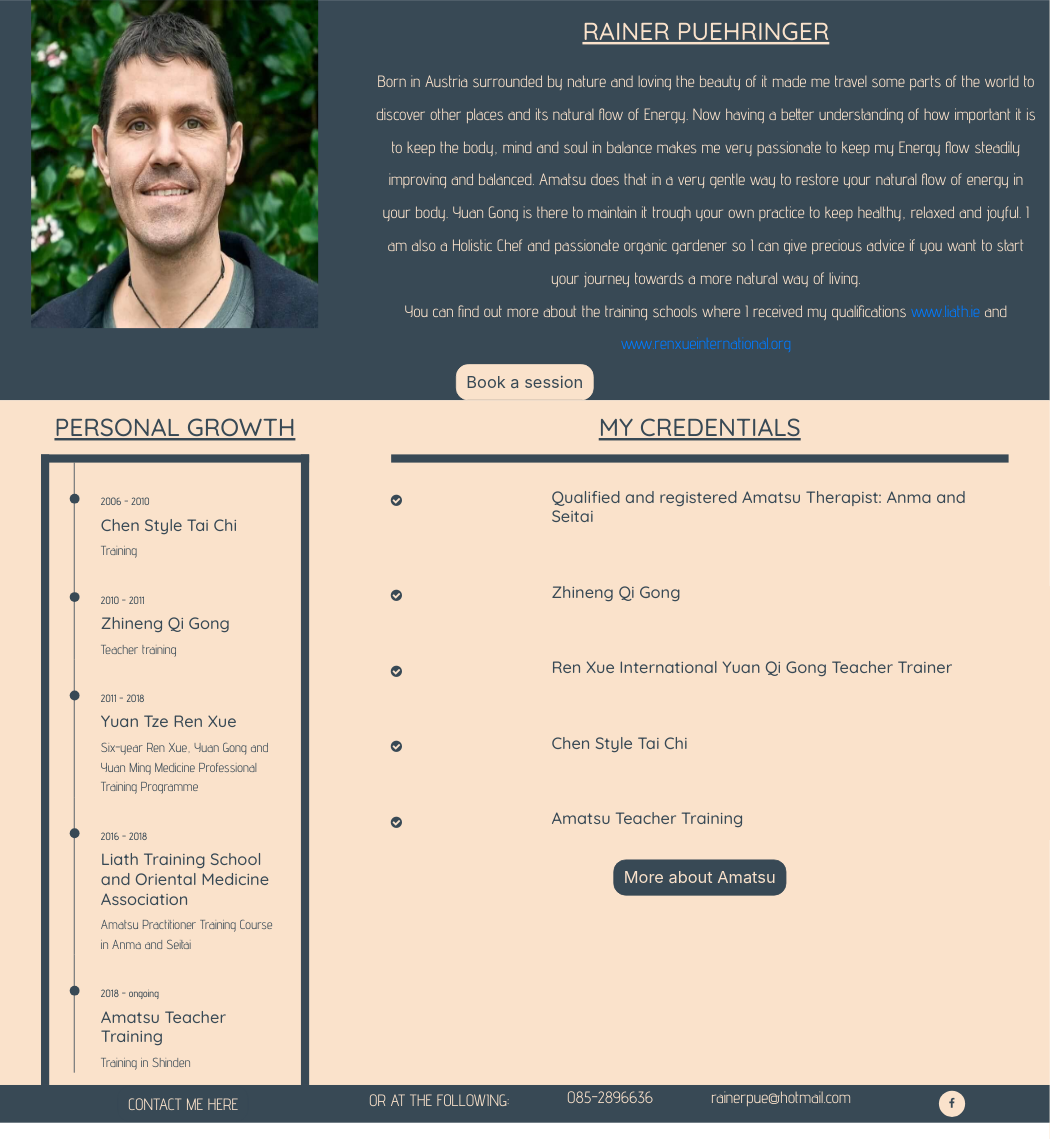
Repository: rainerpue/practitioner_website
Page: about.html
The author's editor kept a record of every edit. The page is drawn from the files as they stood at one moment, then again after the next edit.
The browser window is 1280 px wide. The pictures show the part of the page from y = 216 to 1605 px (the page is 1605 px tall), at 82% of full size.
Some web libraries are served in a nearby version.

Above is the page before.

After the next edit:
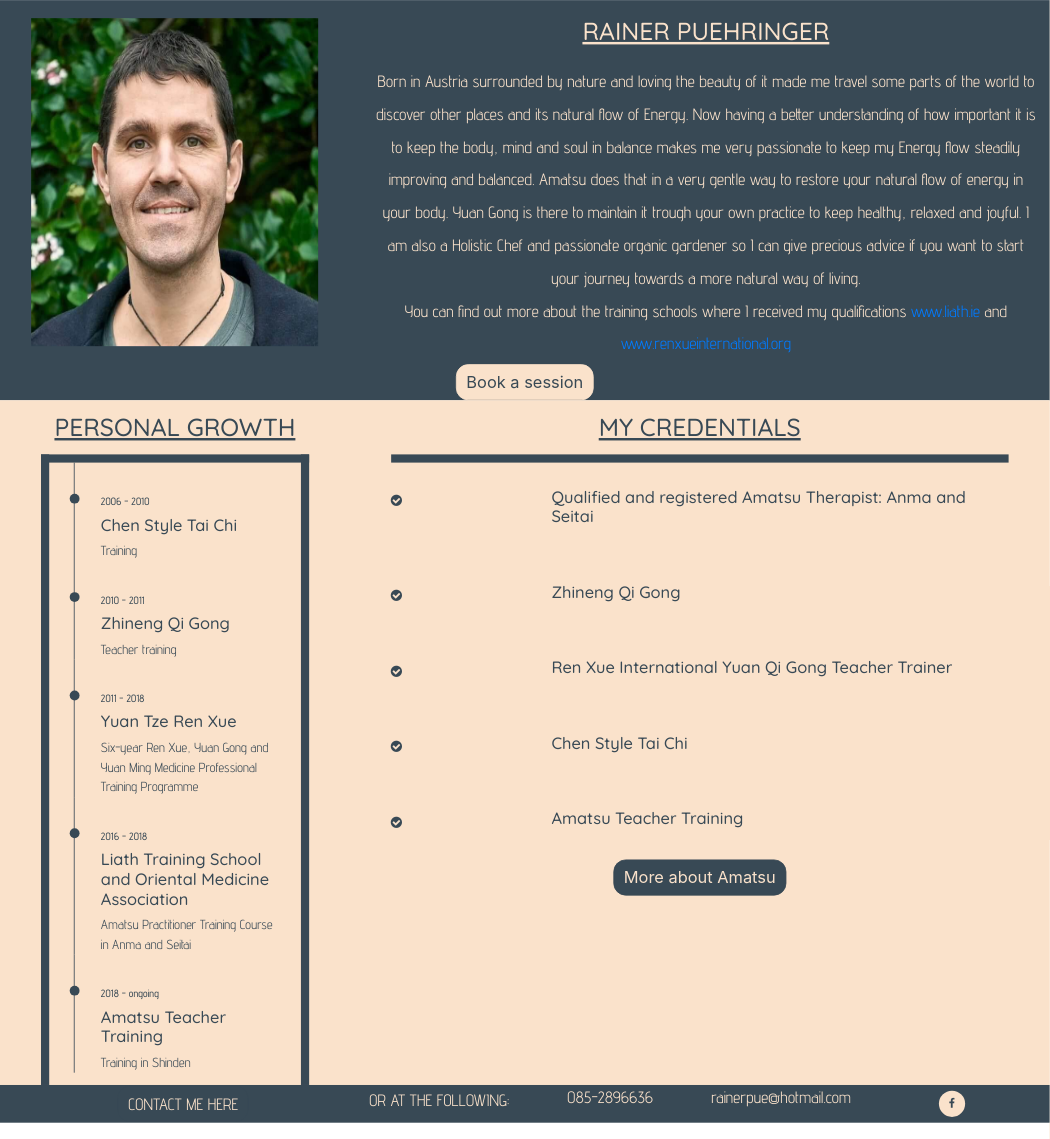
The edit:
--- a/assets/css/style.css
+++ b/assets/css/style.css
@@ -335,6 +335,9 @@
 
 .about-details {
     min-height: 25vh;
+    -webkit-box-align: center;
+        -ms-flex-align: center;
+            align-items: center!important;
 }
 
 .about-content {

After the 3 edits that followed:
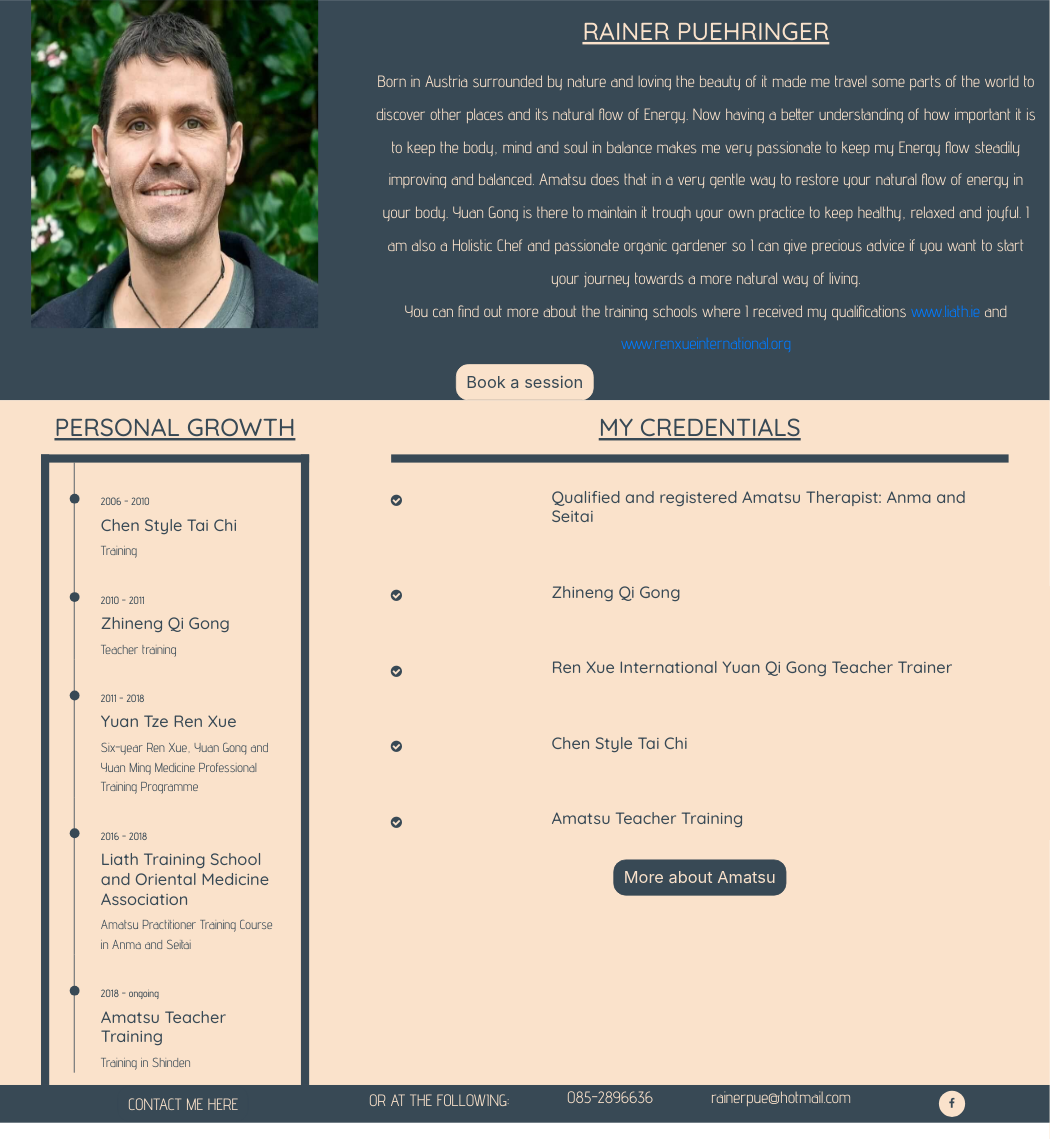
The 3 edits are shown as one change because 2 left the picture as it was.
The edit:
--- a/assets/css/style.css
+++ b/assets/css/style.css
@@ -16,6 +16,13 @@
 .bg-coral {
     background-color: #FAE2CB;
     color: #384955;
+}
+
+/*-----------------------------------------Images */
+
+.sm-img {
+    max-height: 400px;
+    max-width: 400px;
 }
 
 
@@ -325,19 +332,6 @@
     width: 100vw;
     background-repeat: no-repeat;
     position: relative;
-}
-
-.about-sm-img {
-
-    max-height: 400px;
-    max-width: 400px;
-}
-
-.about-details {
-    min-height: 25vh;
-    -webkit-box-align: center;
-        -ms-flex-align: center;
-            align-items: center!important;
 }
 
 .about-content {
